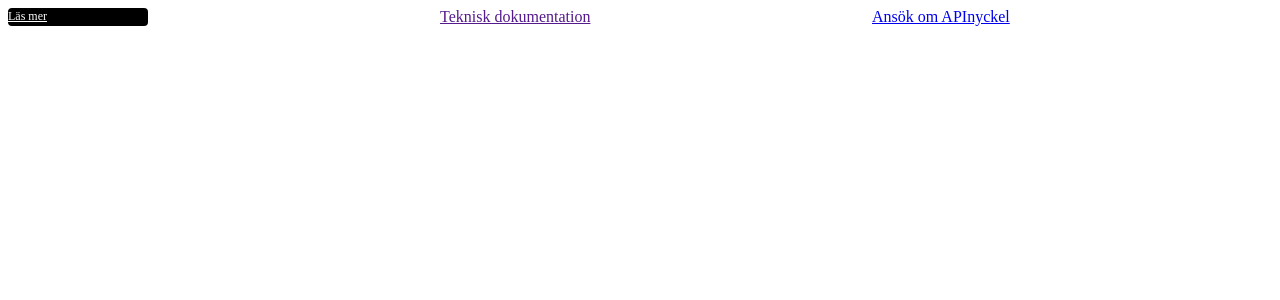
Repository: rudasn/docsy-cms-netlify
Page: layouts/partials/link.html
These files come from the project's save history. The page is drawn as it stood at one moment and after a run of saves; the edit follows.
The browser window is 1280 px wide. The pictures show the whole page.

Above is the page before, as saved 2021-05-11 12:46:51.

After the next 4 saves:
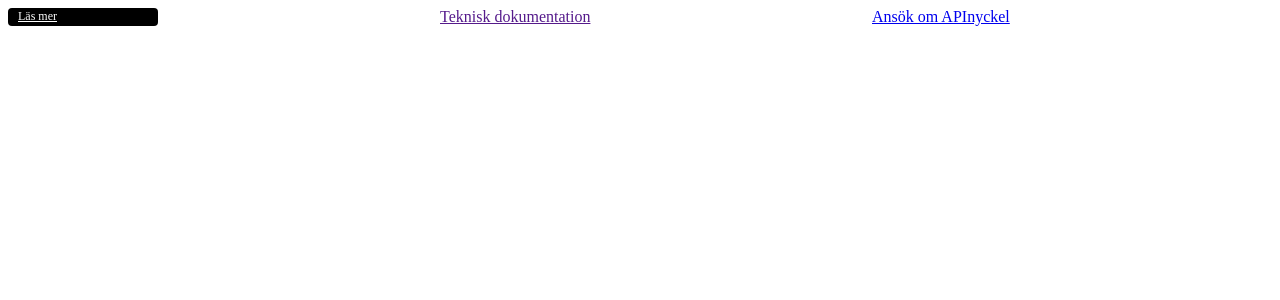
The 4 saves are shown as one change because they came seconds apart.
The last was saved 20 s later.
--- a/layouts/partials/link.html
+++ b/layouts/partials/link.html
@@ -7,6 +7,7 @@ text-align: start;
 max-width: 35%;
 max-height: auto;
 padding: 1px 0px;
+padding-left: 10px;
 font-size: 12px;
 
 
